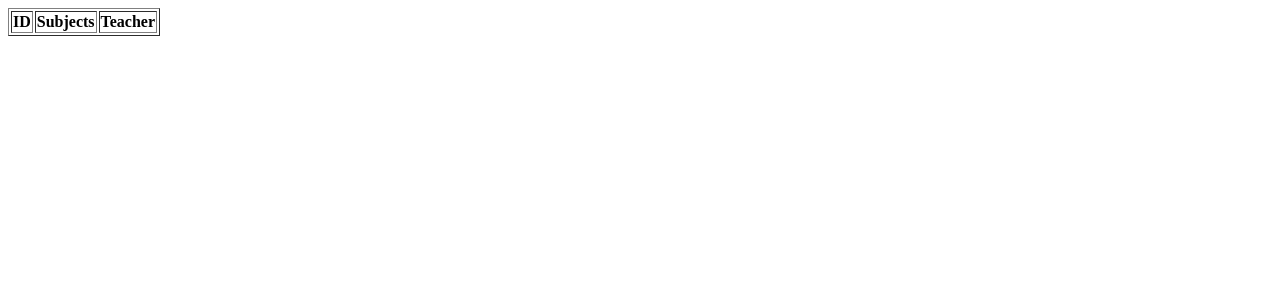
Repository: shubhamsingh331/Learners_Academy
Page: http://localhost/LearnersAcademy/Department/EditController.jsp
An editor plug-in stored every save of this project. The page is shown before and after the next save, followed by the edit.
The browser window is 1280 px wide. The pictures show the whole page.
The page is served by Tomcat 9. Queries for data that is not in the repository find no rows.

Above is the page before, as saved 2023-10-11 04:37:24.

After the next save:
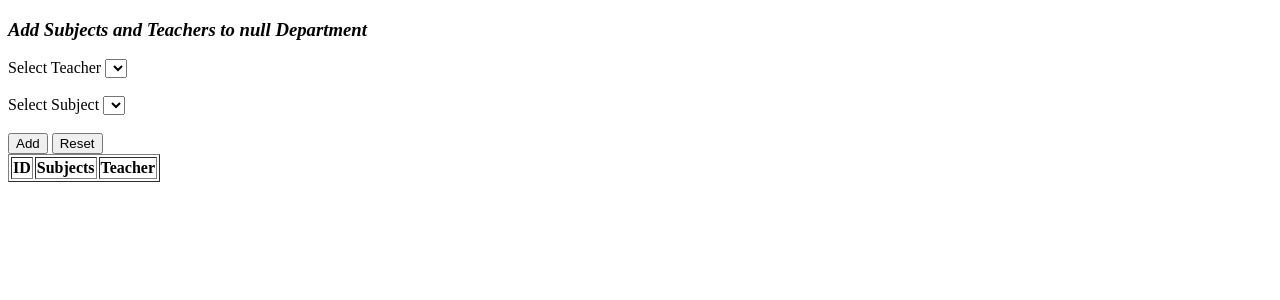
Saved 2 min 50 s later.
--- a/LearnersAcademy/src/main/webapp/Department/EditController.jsp
+++ b/LearnersAcademy/src/main/webapp/Department/EditController.jsp
@@ -1,3 +1,8 @@
+<%@page import="subjects.SubjectsPojo"%>
+<%@page import="subjects.SubjectsDAO"%>
+<%@page import="teachers.TeachersPojo"%>
+<%@page import="java.util.List"%>
+<%@page import="teachers.TeachersDAO"%>
 <%@page import="java.sql.ResultSet"%>
 <%@page import="java.sql.PreparedStatement"%>
 <%@page import="java.sql.DriverManager"%>
@@ -11,6 +16,35 @@
 <title>Insert title here</title>
 </head>
 <body>
+<form action="">
+<h3><i>Add Subjects and Teachers to <%=request.getParameter("dept") %> Department</i></h3>
+Select Teacher <select name="teacher">
+<%
+TeachersDAO dao = new TeachersDAO();
+List<TeachersPojo> list = dao.option();
+
+for(TeachersPojo t:list){
+%>
+<option value="<%=t.getId()%>"><%=t.getFname() %>&nbsp<%=t.getLname() %></option>
+<%} %>
+</select>
+<br>
+<br>
+Select Subject <select name="subject">
+<%
+SubjectsDAO dao1 = new SubjectsDAO();
+List<SubjectsPojo> list1 = dao1.option();
+
+for(SubjectsPojo s:list1){
+%>
+<option value="<%=s.getSubid()%>"><%=s.getSubname() %></option>
+<%} %>
+</select><br>
+<br>
+<input type="submit" value="Add">
+<input type="reset" value="Reset">
+</form>
+
 <table border="1">
 <tr><th>ID</th><th>Subjects</th><th>Teacher</th></tr>
 <%
